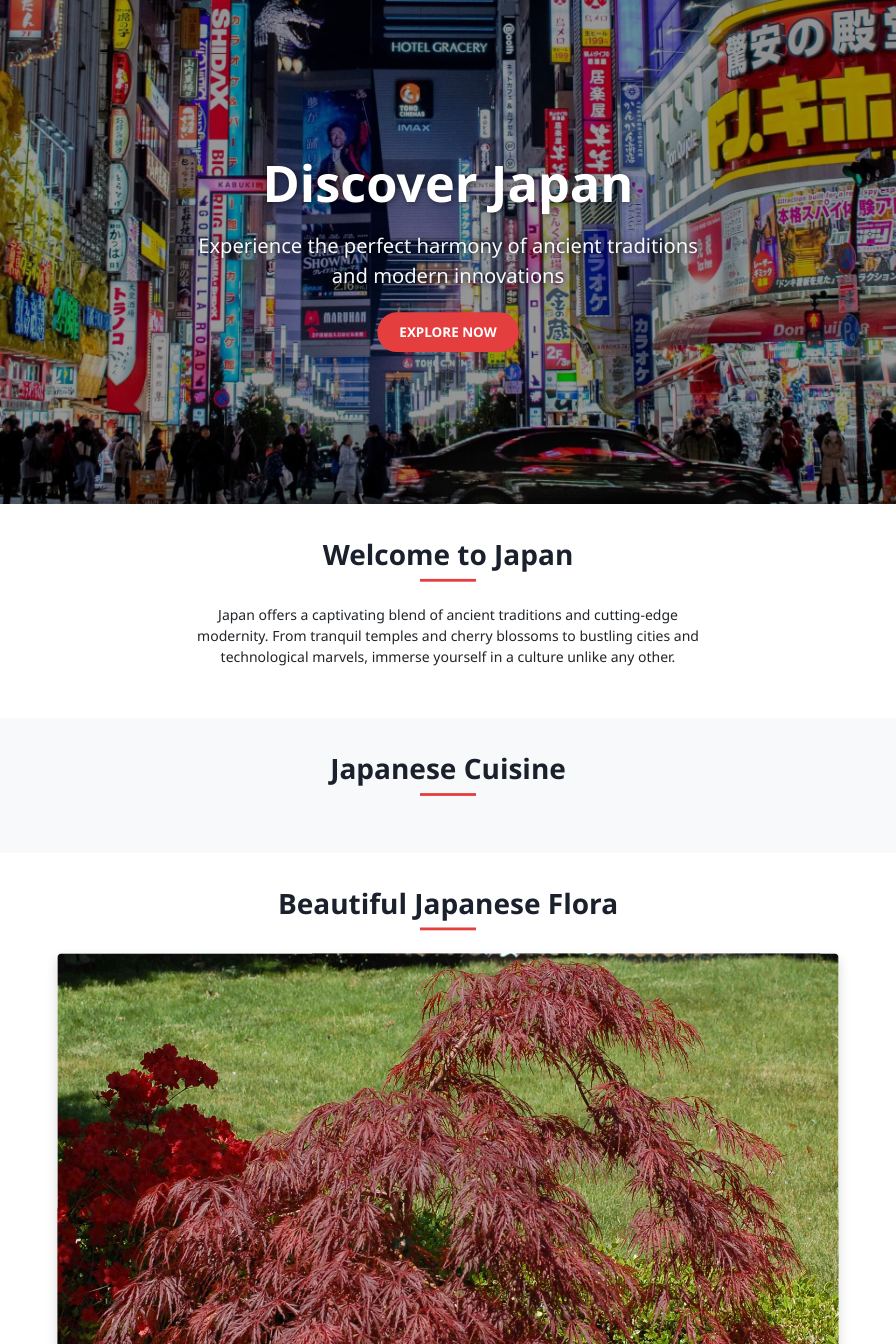
Repository: urielaracena/softwareDev
Page: project1/s.html
An editor plug-in stored every save of this project. The page is shown before and after the next save, followed by the edit.
The browser window is 1280 px wide. The pictures show the part of the page from y = 0 to 1920 px (the page is 4897 px tall before and 3754 px after), at 70% of full size.
Backgrounds fixed to the window are drawn as part of the page.

Above is the page before, as saved 2025-04-20 01:51:50.

After the next save:
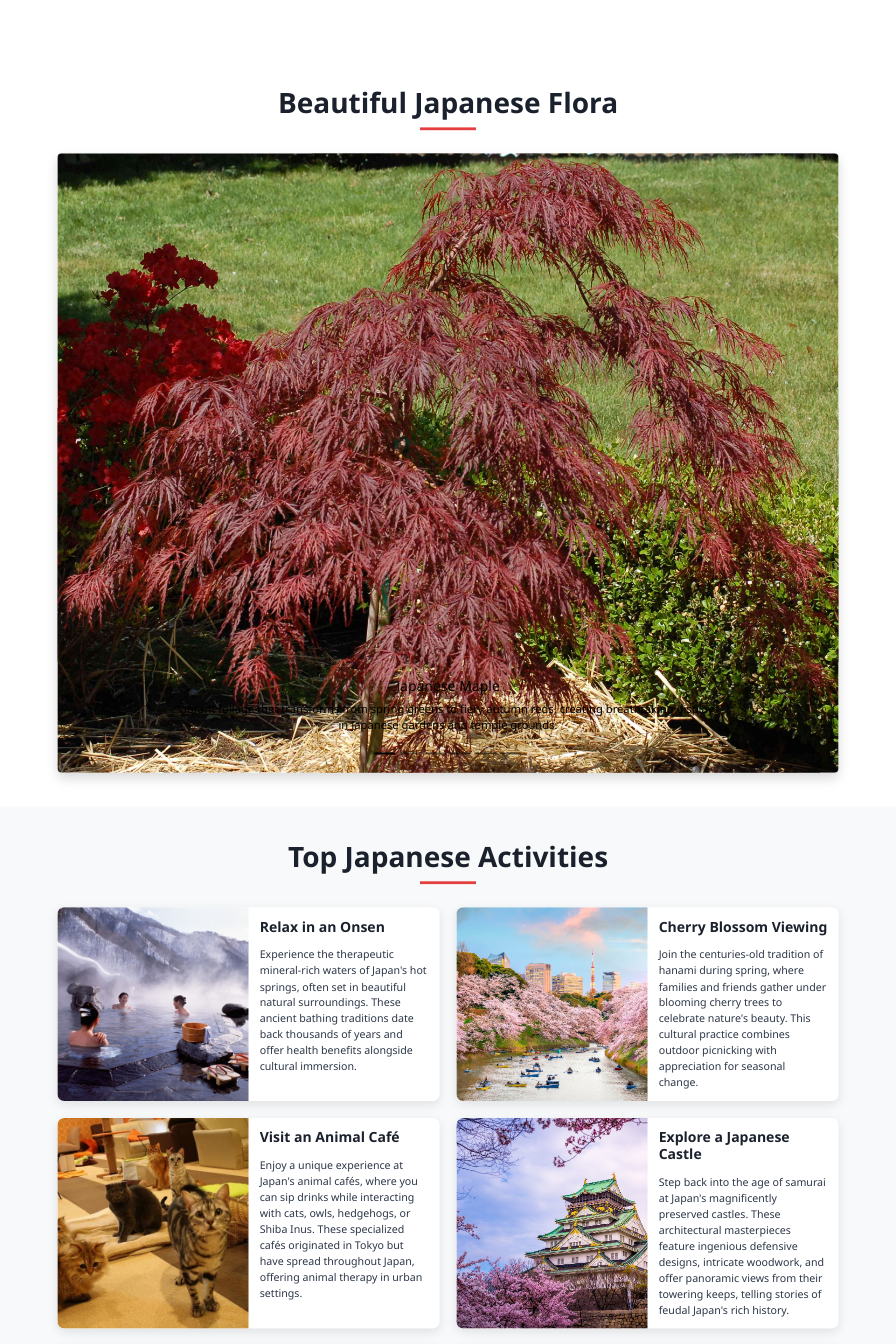
Saved 29 s later.
--- a/project1/s.html
+++ b/project1/s.html
@@ -10,34 +10,6 @@
 </head>
 <body>
 
-    <!-- Hero Section -->
-    <section id="home" class="hero">
-        <div class="hero-content hover-wrapper">
-            <h1 class="hero-title">Discover <span class="highlight-word">Japan</span></h1>
-            <p class="hero-subtitle">Experience the perfect harmony of ancient traditions and modern innovations</p>
-            <a href="#activities" class="btn btn-danger hero-btn hover-btn">Explore Now</a>
-        </div>
-    </section>
-
-    <!-- Introduction Section -->
-    <section class="py-5">
-        <div class="container">
-            <h2 class="section-title">Welcome to Japan</h2>
-            <div class="row justify-content-center">
-                <div class="col-lg-8 text-center">
-                    <p class="lead mb-4">Japan offers a captivating blend of ancient traditions and cutting-edge modernity. From tranquil temples and cherry blossoms to bustling cities and technological marvels, immerse yourself in a culture unlike any other.</p>
-                </div>
-            </div>
-        </div>
-    </section>
-
-    <!-- Cuisine Section -->
-    <section id="cuisine" class="category-section py-5">
-        <div class="container">
-            <h2 class="section-title text-center mb-5">Japanese Cuisine</h2>
-
-
-    </section>
 
     <!-- Nature Section -->
 <section id="nature" class="container py-5">
